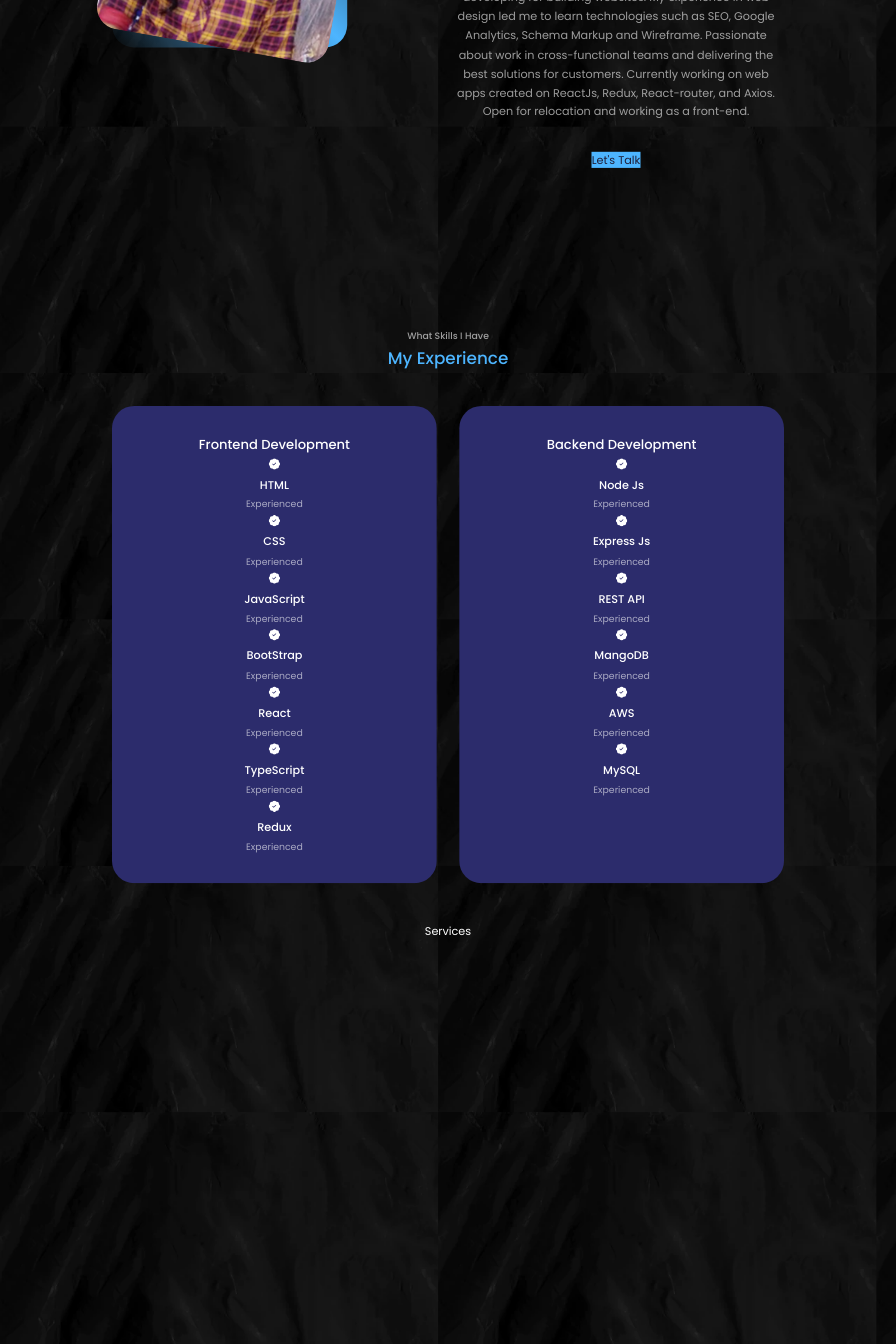
Repository: mayuri2018/Mr_react_portfolio
Page: /
An editor plug-in stored every save of this project. The page is shown before and after the next save, followed by the edit.
The browser window is 1280 px wide. The pictures show the part of the page from y = 1227 to 3147 px (the page is 5835 px tall), at 70% of full size.
The project was rebuilt for these pictures with package versions that can differ from the ones it lists, and the page was loaded fresh each time. Also part of the build but not shown: src/components/services/services.css, src/components/portfolio/portfolio.css, src/components/testimonials/testimonials.css, src/components/contact/contact.css, src/components/footer/footer.css.

Above is the page before, as saved 2023-01-25 14:22:31.

### public/index.html
<!DOCTYPE html>
<html lang="en">
  <head>
    <meta charset="utf-8" />
    <link rel="icon" href="%PUBLIC_URL%/favicon.ico" />
    <meta name="viewport" content="width=device-width, initial-scale=1" />
    <meta name="theme-color" content="#000000" />
    <meta
      name="description"
      content="Web site created using create-react-app"
    />
    <link rel="apple-touch-icon" href="%PUBLIC_URL%/logo192.png" />
    <!--
      manifest.json provides metadata used when your web app is installed on a
      user's mobile device or desktop. See https://developers.google.com/web/fundamentals/web-app-manifest/
    -->
    <link rel="manifest" href="%PUBLIC_URL%/manifest.json" />
    <!--
      Notice the use of %PUBLIC_URL% in the tags above.
      It will be replaced with the URL of the `public` folder during the build.
      Only files inside the `public` folder can be referenced from the HTML.

      Unlike "/favicon.ico" or "favicon.ico", "%PUBLIC_URL%/favicon.ico" will
      work correctly both with client-side routing and a non-root public URL.
      Learn how to configure a non-root public URL by running `npm run build`.
    -->
    <title>React portfolio</title>
  </head>
  <body>
    <noscript>You need to enable JavaScript to run this app.</noscript>
    <div id="root"></div>
    <!--
      This HTML file is a template.
      If you open it directly in the browser, you will see an empty page.

      You can add webfonts, meta tags, or analytics to this file.
      The build step will place the bundled scripts into the <body> tag.

      To begin the development, run `npm start` or `yarn start`.
      To create a production bundle, use `npm run build` or `yarn build`.
    -->
  </body>
</html>

### src/index.css
@import url('https://fonts.googleapis.com/css2?family=Poppins:wght@300;400;500;600&display=swap');
*{
  margin:0;
  padding: 0;
  border: 0;
  outline: 0;
  box-sizing:border-box;
  list-style: none;
  text-decoration: none;
}
:root{
  --color-bg:#1f1f38;
  --color-bg-variant:#2c2c6c;
  --color-primary:#4db5ff;
  --color-primary-vriant:rgba(77,181,255,0.4);
  --color-white:#fff;
  --color-light:rgba(255, 255, 255, 0.6);
  --transition: all 400ms;
  --container-width-lg:75%;
  --container-width-md:86%;
  --container-width-ms:90%;
}

html {
  scroll-behavior: smooth;
}

::-webkit-scrollbar{
  display: none;
}
body{
  font-family: "Poppins", sans-serif;
  background:var (--color-white);
  color: var(--color-white);
  line-height: 1.7;
  background-image: url(../src/assets/bg-texture.webp);
}
/*---------general style---------*/
.container{
  width: var(--container-width-lg);
  margin: 0 auto;
}

h1,
h2,
h3,
h4,
h5{
  font-weight:500;
}
h1{
  font-size: 2.5rem;
}
section{
  margin-top: 8rem;
  height: 100vh;
}
section > h2,
section >h5{
  text-align: center;
  color: var(--color-light);
}
section > h2{
  color: var(--color-primary);
  margin-bottom: 3rem;
}
.text-light{
  color: var(--color-light);
}
a{
  color: var(--color-primary);
  transition: var(--transition);
}
a:hover{
  color: var(--color-white);
}
.btn{
  width: max-content;
  display: inline-block;
  color: var(--color-primary);
  padding: 0.75rem 1.2rem;
  border-radius: 0.4rem;
  cursor: pointer;
  border: 1px solid var(--color-primary);
  transition: var(--transition);
}
.btn:hover{
  background: var(--color-white);
  color: var(--color-bg);
  border-color: transparent;
}
.btn-primary{
  background: var(--color-primary);
  color: var(--color-bg);
}
img{
  display: block;
  width: 100%;
  object-fit: cover;
}
/*----------Media Queries (Medium devices)-----*/
@media screen and (max-width: 1024px){
  .container{
    width: var(--container-width-md);
  }
  section{
    margin-top: 6rem;
  }

}
/*----------Media Queries (small devices)-----*/
@media screen and (max-width: 600px){
  .container{
    width: var(--container-width-md);
  }
  section > h2{
    margin-bottom: 2rem;
  }

}

### src/App.js
import logo from './logo.svg';
import './App.css';
import Header from "./components/header/Header";
import Nav from "./components/nav/Nav";
import About from "./components/about/About";
import Experience from "./components/experience/Experience";
import Services from "./components/services/Services";
import Portfolio from "./components/portfolio/Portfolio";
import Testimonials from "./components/testimonials/Testimonials";
import Contact from "./components/contact/Contact";
import Footer from "./components/footer/Footer";

function App() {
  return (
    <div className="App">
      <Header/>
      <Nav/>
      <About/>
      <Experience/>
      <Services/>
      <Portfolio/>
      <Testimonials/>
      <Contact/>
      <Footer/>

    </div>
  );
}

export default App;

### src/components/header/Header.jsx
import React from "react";
import "./header.css";
import ME from "../../assets/ME.jpeg";
import CTA from "./CTA";
import HeaderSocials from "./HeaderSocials";

export default function Header(){
    return(
        <header>
            <div className="container header_container">
                <h5>Hello I'm</h5>
                <h1>Mayuri Vaddempudi</h1>
                <h5 className="text-light">Fullstack Developer</h5>
                <CTA/>
                <HeaderSocials/>
                <div className="me">
                    <img src={ME} alt="me"/>
                </div>
                <a href="#contact" className="scroll_down">Scroll Down</a>
            </div>
        </header>

    )
}

### src/components/nav/Nav.jsx
import React from "react";
import "./nav.css";
import {AiOutlineHome} from "react-icons/ai";
import {BiBook} from "react-icons/bi";
import {AiOutlineUser} from "react-icons/ai";
import {RiServiceLine} from "react-icons/ri";
import {BiMessageSquareDetail} from "react-icons/bi";
import { useState } from "react";

export default function Nav(){
    const[activeNav, setActiveNav] = useState("#")
    return(
        <nav>
            <a href="#" onClick = {()=> setActiveNav("#")}className={activeNav === "#" ? "active" : ""}><AiOutlineHome/></a>
            <a href="#about" onClick = {()=> setActiveNav("#about")}className={activeNav === "#about" ? "active" : ""}><AiOutlineUser/></a>
            <a href="#experience" onClick = {()=> setActiveNav("#experience")}className={activeNav === "#experience" ? "active" : ""}><BiBook/></a>
            <a href="#services" onClick = {()=> setActiveNav("#services")}className={activeNav === "#services" ? "active" : ""}><RiServiceLine/></a>
            <a href="#contact" onClick = {()=> setActiveNav("#contact")}className={activeNav === "#contact" ? "active" : ""}><BiMessageSquareDetail/></a>
        </nav>

    )
}

### src/components/about/About.jsx
import React from "react";
import "./about.css";
import ME from "../../assets/ME.jpeg";
import{FaAward} from "react-icons/fa";
import{FiUsers} from "react-icons/fi";
import{VscFolderLibrary} from "react-icons/vsc";

export default function About(){
    return(
        <section id="about">
            <h5>Get To Know</h5>
            <h2>About Me</h2>
            <div className="container about_container">
                <div className="about_me">
                    <div className="about_me-image">
                        <img src={ME} alt="About-image"/>
                    </div>
                </div>

                <div className="about_content">
                    <div className="about_cards">
                        <article className="about_card">
                            <FaAward className="about_icon"/>
                            <h5>Experience</h5>
                            <small>4+ Years working</small>
                        </article>

                        <article className="about_card">
                            <FiUsers className="about_icon"/>
                            <h5>Clients</h5>
                            <small>5 Worldwide</small>
                        </article>

                        <article className="about_card">
                            <VscFolderLibrary className="about_icon"/>
                            <h5>Projects</h5>
                            <small>5+ Completed</small>
                        </article>
                    </div>
                    <p>
                    Overall with 4 years of experience including design & developing for building websites.
                    My experience in web design led me to learn technologies such as SEO, Google Analytics,
                    Schema Markup and Wireframe.
                    Passionate about work in cross-functional teams and delivering the best solutions for customers.
                    Currently working on web apps created on ReactJs, Redux, React-router, and Axios.
                    Open for relocation and working as a front-end.
                    </p>
                    <a href="#contact" className="btn-primary">Let's Talk</a>
                </div>
            </div>
        </section>
    )
}

### src/components/experience/Experience.jsx
import React from "react";
import "./experience.css";
import {BsPatchCheckFill} from "react-icons/bs"

export default function Experience (){
    return(
        <section id="experience">
            <h5>What Skills I Have</h5>
            <h2>My Experience</h2>

            <div className="container experience_container">
                <div className="experience_frontend">
                    <h3>Frontend Development</h3>
                    <div className="experience_content">
                        <article className="experience_details">
                            <BsPatchCheckFill/>
                            <div>
                            <h4>HTML</h4>
                            <small className="text-light">Experienced</small>
                            </div>
                        </article>

                        <article className="experience_details">
                            <BsPatchCheckFill/>
                            <div>
                            <h4>CSS</h4>
                            <small className="text-light">Experienced</small>
                            </div>
                        </article>

                        <article className="experience_details">
                            <BsPatchCheckFill/>
                            <div>
                            <h4>JavaScript</h4>
                            <small className="text-light">Experienced</small>
                            </div>
                        </article>

                        <article className="experience_details">
                            <BsPatchCheckFill/>
                            <div>
                            <h4>BootStrap</h4>
                            <small className="text-light">Experienced</small>
                            </div>
                        </article>

                        <article className="experience_details">
                            <BsPatchCheckFill/>
                            <div>
                            <h4>React</h4>
                            <small className="text-light">Experienced</small>
                            </div>
                        </article>

                        <article className="experience_details">
                            <BsPatchCheckFill/>
                            <div>
                            <h4>TypeScript</h4>
                            <small className="text-light">Experienced</small>
                            </div>
                        </article>

                        <article className="experience_details">
                            <BsPatchCheckFill/>
                            <div>
                            <h4>Redux</h4>
                            <small className="text-light">Experienced</small>
                            </div>
                        </article>
                    </div>
                </div>
                <div className="experience_backend">
                <h3>Backend Development</h3>
                    <div className="experience_content">
                        <article className="experience_details">
                            <BsPatchCheckFill/>
                            <div>
                            <h4>Node Js</h4>
                            <small className="text-light">Experienced</small>
                            </div>
                        </article>

                        <article className="experience_details">
                            <BsPatchCheckFill/>
                            <div>
                            <h4>Express Js</h4>
                            <small className="text-light">Experienced</small>
                            </div>
                        </article>

                        <article className="experience_details">
                            <BsPatchCheckFill/>
                            <div>
                            <h4>REST API</h4>
                            <small className="text-light">Experienced</small>
                            </div>
                        </article>

                        <article className="experience_details">
                            <BsPatchCheckFill/>
                            <div>
                            <h4>MangoDB</h4>
                            <small className="text-light">Experienced</small>
                            </div>
                        </article>

                        <article className="experience_details">
                            <BsPatchCheckFill/>
                            <div>
                            <h4>AWS</h4>
                            <small className="text-light">Experienced</small>
                            </div>
                        </article>

                        <article className="experience_details">
                            <BsPatchCheckFill/>
                            <div>
                            <h4>MySQL</h4>
                            <small className="text-light">Experienced</small>
                            </div>
                        </article>
                    </div>
                </div>
            </div>
        </section>
    )
}

### src/components/services/Services.jsx
import React from "react";
import "./services.css";

export default function Services(){
    return(
        <section id="services">Services</section>
    )
}

### src/components/portfolio/Portfolio.jsx
import React from "react";
import "./portfolio.css";

export default function Portfolio(){
    return(
        <section id="portfolio">Portfolio</section>
    )
}

### src/components/testimonials/Testimonials.jsx
import React from "react";
import "./testimonials.css";

export default function Testimonials(){
    return(
        <section id="testimonials">Testimonials</section>
    )
}

### src/components/contact/Contact.jsx
import React from "react";
import "./contact.css";

export default function Contact(){
    return(
        <section id="contact">Contact</section>
    )
}

### src/components/footer/Footer.jsx
import React from "react";
import "./footer.css";

export default function Footer(){
    return(
        <div>Footer</div>
    )
}

### src/components/header/header.css
header{
    height: 100vh;
    padding-top: 7rem;
    overflow: hidden;
}
.header_container{
    text-align: center;
    height: 100%;
    position: relative;
}
/*------------CTA-----------*/
.cta{
    margin-top: 2.5rem;
    display: flex;
    gap: 1.2rem;
    justify-content: center;
}
/*------------headerSocials-----------*/
.header_socials{
    display: flex;
    flex-direction: column;
    align-items: center;
    gap: 0.8rem;
    position: absolute;
    left: 0;
    bottom: 3rem;
}
.header_socials::after{
    content: "";
    width: 1px;
    height: 2rem;
    background: var(--color-primary);
}
/*------------ME-----------*/
.me{
    background: linear-gradient(var(--color-primary), transparent);
    width: 22rem;
    height: 30rem;
    position: absolute;
    left: calc(50% - 11rem);
    margin-top: 4rem;
    border-radius: 12rem 12rem 0 0;
    overflow: hidden;
    padding: 5rem 1.5rem 1.5rem 1.5rem;
}
/*------------scroll down-----------*/
.scroll_down{
    position: absolute;
    right: -2.3rem;
    bottom: 5rem;
    transform: rotate(90deg);
    font-weight: 300;
    font-size: 0.9;
}
/*----------Media Queries (Medium devices)-----*/
@media screen and (max-width: 1024px){
    header{
        height: 68vh;
    }

  }
  /*----------Media Queries (small devices)-----*/
  @media screen and (max-width: 600px){
    header{
        height: 100vh;
    }
    .header_socials,
    .scroll_down{
        display: none;
    }
  }

### src/components/header/CTA.jsx
import React from "react";

export default function CTA(){
    return(
        <div className="cta">
           <a href="{CV}" className="btn">Download CV</a>
           <a href="#contact" className="btn btn-primary">Let's Talk</a>
        </div>
    )
}

### src/components/header/HeaderSocials.jsx
import React from "react";
import {BsLinkedin} from "react-icons/bs";
import {BsGithub} from "react-icons/bs";
import {FaDribbble} from "react-icons/fa";

export default function HeaderSocials(){
    return(
        <div className="header_socials">
            <a href="https://linkedin.com" target="_blank"><BsLinkedin/></a>
            <a href="https://github.com" target="_blank"><BsGithub/></a>
            <a href="https://dribble.com" target="_blank"><FaDribbble/></a>
        </div>
    )
}

### src/components/nav/nav.css
nav{
    background: rgba(0, 0, 0, 0.3);
    width: max-content;
    display: block;
    padding: 0.7rem 1.7rem;
    z-index: 2;
    position: fixed;
    left: 50%;
    transform: translate(-50%);
    bottom: 2rem;
    display: flex;
    gap: 0.8rem;
    border-radius: 3rem;
    backdrop-filter: blur(15px);
}
nav a{
    background: transparent;
    padding: 0.9rem;
    border-radius: 50%;
    display: flex;
    color: var(--color-light);
    font-size: 1.1rem;
}
nav a:hover{
    background:rgba(0, 0, 0, 0.3);
}
nav a.active{
    background: var(--color-bg);
    color: var(--color-white);
}

### src/components/about/about.css
.about_container{
    display: grid;
    grid-template-columns: 35% 50%;
    gap:15%;
}

.about_me{
    width: 100%;
    aspect-ratio: 1/1;
    border-radius: 2rem;
    background: linear-gradient(
        45deg,
        transparent,
        var(--color-primary),
        transparent);
    display: grid;
    place-items: center;
}

.about_me-image{
    border-radius: 2rem;
    overflow: hidden;
    transform: rotate(10deg);
    transition: var(--transition);
}

.about_me-image:hover{
    transform: rotate(0);
}
.about_cards{
    display: grid;
    grid-template-columns: repeat(3, 1fr);
    gap: 1.5em;
}

.about_card{
    background: var(--color-bg-variant);
    border: 1px solid transparent;
    border-radius: 1rem;
    padding: 2rem;
    text-align: center;
    transition: var(--transition);
}

.about_card:hover{
    background: transparent;
    border-color: var(--color-primary-variant);
    cursor: default;
}

.about_icon{
    color: var(--color-primary);
    font-size: 1.4rem;
    margin-bottom: 1rem;
}
.about_card h5{
    font-size: 0.9rem;
}

.about_card small{
    font-size: 0.7rem;
    color: var(--color-light);
}

.about_content p{
    margin: 2rem 0 2.6rem;
    color:var(--color-light);
}

/*----------Media Queries (Medium devices)-----*/
@media screen and (max-width: 1024px){
    .about_container{
        grid-template-columns: 1fr;
        gap:0;
    }
    .about_me{
        width: 50%;
        margin: 1rem 0 1.5rem;
    }

  }
  /*----------Media Queries (small devices)-----*/
  @media screen and (max-width: 600px){
    .about_me{
        width: 65%;
        margin: 0 auto 3rem;
    }
    .about_cards{
        grid-template-columns: 1fr 1fr;
        gap:1rem ;
    }
    .about_content{
        text-align: center;
    }
    .about_content p{
        margin: 1.5rem 0;
    }
  }

### src/components/experience/experience.css
.experience_container{
    display: grid;
    grid-template-columns: 1fr 1fr;
    gap:2rem;
}
.experience_container > div{
    background:var(--color-bg-variant);
    padding: 2.4rem 5rem;
    border-radius: 2rem;
    border: 1px solid transparent;
    transition: var(--transition);
}

.experience_container > div:hover{
    background: transparent;
    border-color: var(--color-primary-variant);
    cursor: default;
}

Loaded but not shown: src/index.js (common file); src/reportWebVitals.js (common file); src/App.css (common file)

After the next save:
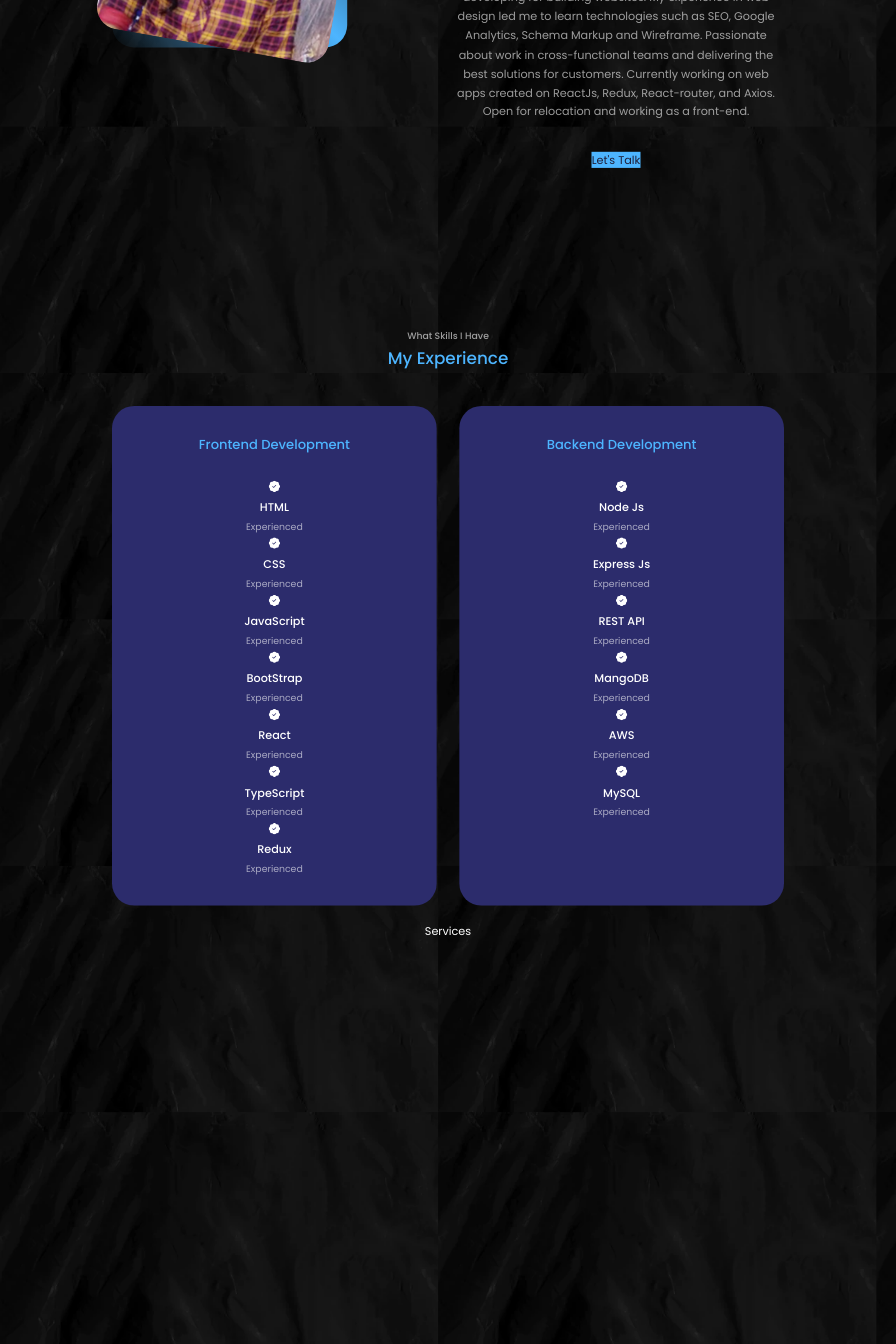
Saved 52 s later.
--- a/src/components/experience/experience.css
+++ b/src/components/experience/experience.css
@@ -16,3 +16,10 @@
     border-color: var(--color-primary-variant);
     cursor: default;
 }
+.experience_container > div h3{
+    text-align: center;
+    margin-bottom: 2rem;
+    color: var(--color-primary);
+}
+
+.experience_container
